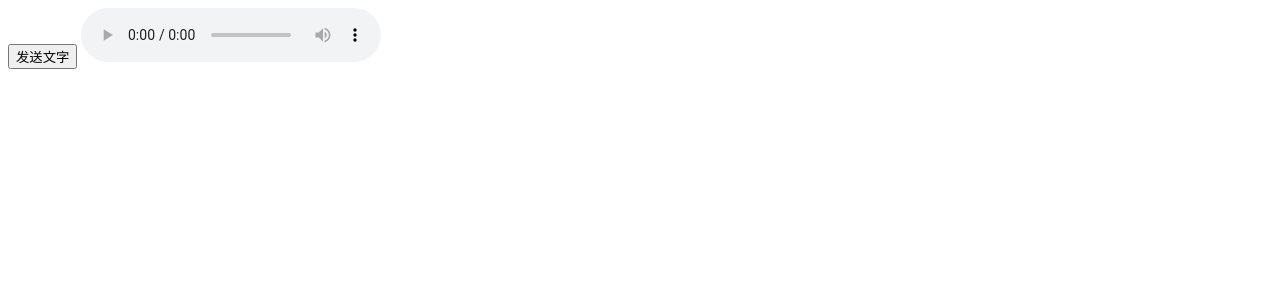
Repository: missing-star/fruit
Page: baidu-tts.html
These files come from the project's save history. The page is drawn as it stood at one moment and after the next save; the edit follows.
The browser window is 1280 px wide. The pictures show the whole page.
After loading, the first visible `button.test` was clicked once.

Above is the page before, as saved 2019-07-19 10:29:15.

### baidu-tts.html
<!DOCTYPE html>
<html lang="en">

<head>
    <meta charset="UTF-8">
    <meta name="viewport" content="width=device-width, initial-scale=1.0">
    <meta http-equiv="X-UA-Compatible" content="ie=edge">
    <title>Document</title>
</head>

<body>
    <button class="test" onclick="getAudioByChara()">发送文字</button>
    <script src="https://cdn.bootcss.com/jquery/3.4.0/jquery.min.js"></script>
    <script>
        // x2dRKYT1nMocPcPI3CGyEtxo MivG6Qh2rQI2MvepbqHgXyzltxGgALFd

        var accessToken = '24.9d9167d9c4474454c1009197ee05a3d3.2592000.1566033758.282335-16837413';

        function getToken() {
            $.post('https://openapi.baidu.com/oauth/2.0/token', {
                grant_type: 'client_credentials',
                client_id: 'x2dRKYT1nMocPcPI3CGyEtxo',
                client_secret: 'MivG6Qh2rQI2MvepbqHgXyzltxGgALFd'
            }, function (data) {
                console.log(data);
            });
        }

        function getAudioByChara() {
            var text = '到账5.2元';
            text = encodeURI(encodeURI(text));

            var url = 'https://tsn.baidu.com/text2audio?lan=zh&ctp=1&cuid=2C-4D-54-59-59-20&tok=' + accessToken +
                '&tex=' + text;
            var audio = document.createElement("audio")
            audio.controls = "controls"
            audio.autoplay = "autoplay"
            var source = document.createElement("source")
            source.id = "tts_source"
            source.type = "audio/mpeg"
            source.src = url
            audio.appendChild(source)
            document.body.appendChild(audio);
        }
    </script>
</body>

</html>

After the next save:
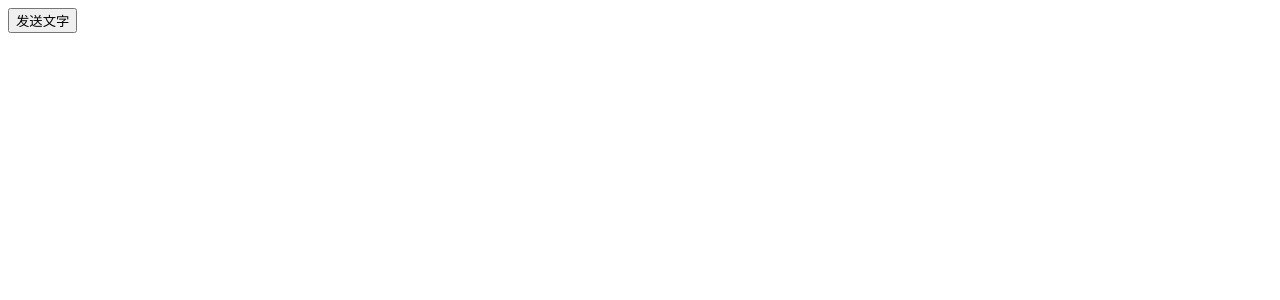
Saved 23 s later.
--- a/baidu-tts.html
+++ b/baidu-tts.html
@@ -33,7 +33,6 @@
             var url = 'https://tsn.baidu.com/text2audio?lan=zh&ctp=1&cuid=2C-4D-54-59-59-20&tok=' + accessToken +
                 '&tex=' + text;
             var audio = document.createElement("audio")
-            audio.controls = "controls"
             audio.autoplay = "autoplay"
             var source = document.createElement("source")
             source.id = "tts_source"
